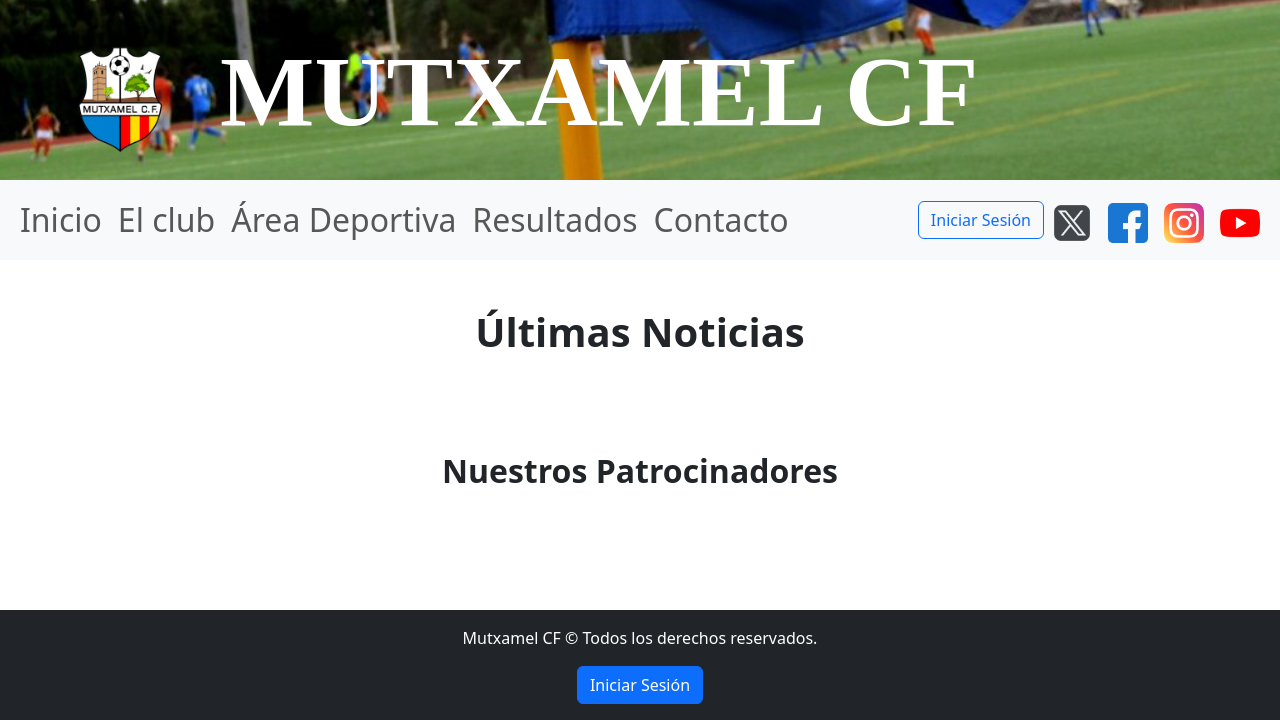
Repository: mikeluca/webMutxamelCF
Page: http://localhost/index
An editor plug-in stored every save of this project. The page is shown before and after the next save, followed by the edit.
The browser window is 1280 px wide. The pictures show the whole page.
Some web fonts or font styles are not loaded; a fallback is used. The page is this project's Thymeleaf template; nobody is signed in. The template is opened directly, without the code that normally fills it, so the values that code supplies are empty.

Above is the page before, as saved 2024-10-27 15:45:45.

### mvc/src/main/resources/templates/index.html
<!DOCTYPE html>
<html xmlns:th="http://www.thymeleaf.org">

<head>
	<title>Mutxamel Club de Fútbol</title>
	<link href="https://cdn.jsdelivr.net/npm/bootstrap@5.3.0/dist/css/bootstrap.min.css" rel="stylesheet">
	<link href="https://cdn.jsdelivr.net/npm/bootstrap@5.3.0-alpha1/dist/css/bootstrap.min.css" rel="stylesheet">
	<link th:href="@{/css/estilos.css}" rel="stylesheet">
	<link rel="icon" href="/images/favicon.ico" type="image/x-icon">
	<link href="https://fonts.googleapis.com/css2?family=Fredericka+the+Great&display=swap" rel="stylesheet">
</head>

<body>

	<!-- Incluir el header -->
	<div th:replace="~{cabecera.html}"></div>

	<main class="container my-5 lead">
		<h1 class="text-center mb-5 fw-bold">Últimas Noticias</h1>
		<div class="noticias-grid">
			<div class="card h-100" th:each="noticia : ${noticias}">

				<div th:if="${noticia.imagenBase64 != null}">
					<img th:src="'data:[embedded picture, 23 characters]' + ${noticia.imagenBase64}" class="card-img-top noticia-img"
						alt="Imagen de Noticia" />
				</div>
				<div th:if="${noticia.imagenBase64 == null}">
					<img th:src="@{/images/noticia3.jpg}" class="card-img-top noticia-img" alt="Imagen Noticia">
				</div>

				<div class="card-body">
					<h2 class="card-title text-center" th:text="${noticia.titulo}"></h2>
					<p class="card-text" th:text="${#strings.abbreviate(noticia.contenido, 100)}"></p>
					<!-- Límite de 100 caracteres -->
					<a th:href="@{/ampliarNoticia/{id}(id=${noticia.id})}" class="btn btn-primary">Leer más</a>
					<!-- Botón de leer más -->
				</div>
			</div>
		</div>

		<h2 class="text-center m-5 fw-bold">Nuestros Patrocinadores</h2>
		<div class="row">
			<div class="col-6 col-sm-4 col-md-4 col-lg-2 mb-4" th:each="patrocinador : ${patrocinadores}">
				<div class="text-center">
					<img th:src="@{'/images/' + ${patrocinador}}" class="patrocinador-img" alt="Patrocinador"
						width="100%">
				</div>
			</div>
		</div>
	</main>

	<!-- Incluir el footer -->
	<div th:replace="~{footer.html}"></div>

	<script src="https://code.jquery.com/jquery-3.6.0.min.js"></script>
	<script src="https://cdn.jsdelivr.net/npm/bootstrap@5.3.0/dist/js/bootstrap.bundle.min.js"></script>
</body>

</html>

### mvc/src/main/resources/templates/cabecera.html
<div>
	<header class="text-white text-center header">
		<div class="logo-titulo">
			<!-- Imagen del escudo -->
			<a href="/index"><img src="/images/escudo.png" href="/index" alt="Escudo del Club" width="200px"
					style="margin: 20px 0px;"></a>
			<!-- Nombre del club -->
			<h1 class="lead fw-bold grafiti-title" style="font-size: 100px;">MUTXAMEL CF</h1>
		</div>
	</header>

	<nav class="navbar navbar-expand-lg navbar-light bg-light" style="background-color: rgb(213, 243, 253);">
		<div class="container-fluid lead">
			<!-- Botón de hamburguesa solo visible en pantallas pequeñas -->
			<button class="navbar-toggler" type="button" data-bs-toggle="collapse" data-bs-target="#navbarNav">
				<span class="navbar-toggler-icon"></span>
			</button>
			<!-- Menú de navegación -->
			<div class="collapse navbar-collapse" id="navbarNav">
				<ul class="navbar-nav me-auto">
					<li class="nav-item">
						<a class="nav-link" href="/index">Inicio</a>
					</li>
					<li class="nav-item">
						<a class="nav-link" href="/historia">El club</a>
					</li>
					<li class="nav-item dropdown">
						<a class="nav-link dropdown-toggle" href="#" id="navbarDropdown" role="button"
							data-bs-toggle="dropdown">
							Área Deportiva
						</a>
						<ul class="dropdown-menu lead">
							<li><a class="dropdown-item"
									th:href="@{/categorias/{categoria}(categoria='Escuelita')}">Escuelita</a></li>
							<li><a class="dropdown-item"
									th:href="@{/categorias/{categoria}(categoria='Prebenjamín')}">Prebenjamín</a></li>
							<li><a class="dropdown-item"
									th:href="@{/categorias/{categoria}(categoria='Benjamín')}">Benjamín</a></li>
							<li><a class="dropdown-item"
									th:href="@{/categorias/{categoria}(categoria='Alevín')}">Alevín</a>
							</li>
							<li><a class="dropdown-item"
									th:href="@{/categorias/{categoria}(categoria='Infantil Femenino')}">Infantil
									Femenino</a></li>
							<li><a class="dropdown-item"
									th:href="@{/categorias/{categoria}(categoria='Infantil')}">Infantil</a></li>
							<li><a class="dropdown-item"
									th:href="@{/categorias/{categoria}(categoria='Cadete Femenino')}">Cadete
									Femenino</a>
							</li>
							<li><a class="dropdown-item"
									th:href="@{/categorias/{categoria}(categoria='Cadete')}">Cadete</a>
							</li>
							<li><a class="dropdown-item"
									th:href="@{/categorias/{categoria}(categoria='Juvenil')}">Juvenil</a></li>
							<li><a class="dropdown-item"
									th:href="@{/categorias/{categoria}(categoria='Filial')}">Filial</a>
							</li>
							<li><a class="dropdown-item"
									th:href="@{/categorias/{categoria}(categoria='Primer Equipo')}">Primer Equipo</a>
							</li>
							<li><a class="dropdown-item"
									th:href="@{/categorias/{categoria}(categoria='Veteranos')}">Veteranos</a></li>
						</ul>
					</li>
					<li class="nav-item">
						<a class="nav-link" href="/resultados">Resultados</a>
					</li>
					<li class="nav-item">
						<a class="nav-link" href="/contacto">Contacto</a>
					</li>
					<!-- La opción que requiere autenticación -->
					<li class="nav-item" id="menu-restringido" style="display: none;">
						<a class="nav-link" href="#">Administración</a>
					</li>
				</ul>
				<!-- Botón de login a la derecha -->
				<button class="btn btn-outline-primary ms-auto" data-bs-toggle="modal" data-bs-target="#loginModal">
					Iniciar Sesión
				</button>
			</div>
			<!-- Redes Sociales siempre pegadas a la derecha -->
			<div class="social-icons d-flex ms-auto">
				<a href="https://x.com/mutxamelcf" target="_blank" class="mx-2">
					<img src="/images/twitter.png" alt="Twitter" width="40" height="40">
				</a>
				<a href="https://facebook.com/MutxamelCF17" target="_blank" class="mx-2">
					<img src="/images/facebook.png" alt="Facebook" width="40" height="40">
				</a>
				<a href="https://instagram.com/mutxamelcf.oficial/" target="_blank" class="mx-2">
					<img src="/images/instagram.png" alt="Instagram" width="40" height="40">
				</a>
				<a href="https://youtube.com/@mutxamelcf355" target="_blank" class="mx-2">
					<img src="/images/youtube.png" alt="YouTube" width="40" height="40">
				</a>
			</div>
		</div>
	</nav>

	<!-- Modal de Login -->
	<div class="modal fade" id="loginModal" tabindex="-1" aria-labelledby="loginModalLabel" aria-hidden="true">
		<div class="modal-dialog">
			<div class="modal-content">
				<div class="modal-header">
					<h5 class="modal-title" id="loginModalLabel">Iniciar Sesión</h5>
					<button type="button" class="btn-close" data-bs-dismiss="modal" aria-label="Close"></button>
				</div>
				<div class="modal-body">
					<form id="loginForm">
						<div class="mb-3">
							<label for="usuario" class="form-label">Usuario</label>
							<input type="text" class="form-control" id="username" required>
						</div>
						<div class="mb-3">
							<label for="password" class="form-label">Contraseña</label>
							<input type="password" class="form-control" id="password" required>
						</div>
						<button type="button" class="btn btn-primary" id="loginButton">Ingresar</button>
					</form>
					<!-- Mensaje de error si el login falla -->
					<div id="loginError" style="color: red; display: none;">Credenciales inválidas.</div>
				</div>
			</div>
		</div>
	</div>

	<!-- JS de Bootstrap y Popper.js -->
	<script src="https://cdn.jsdelivr.net/npm/@popperjs/core@2.11.6/dist/umd/popper.min.js"></script>
	<script src="https://cdn.jsdelivr.net/npm/bootstrap@5.3.0-alpha1/dist/js/bootstrap.min.js"></script>
	<script>
		document.addEventListener("DOMContentLoaded", function () {

			document.getElementById('loginButton').addEventListener('click', function () {
				event.preventDefault(); // Evita que el formulario se envíe normalmente

				// Captura los valores de usuario y contraseña
				const usuario = document.getElementById('usuario').value;
				const password = document.getElementById('password').value;

				// Hacemos una petición AJAX al backend para validar el login
				fetch('/login', {
					method: 'POST',
					headers: {
						'Content-Type': 'application/json',
					},
					body: JSON.stringify({username: usuario, password: password}),
				})
					.then(response => response.json())
					.then(data => {
						if (data.valid) {
							// Si el login es exitoso, cerramos el modal y mostramos la opción restringida
							const modal = bootstrap.Modal.getInstance(document.getElementById('loginModal'));
							modal.hide();

							if (data.role === 'ROLE_ADMIN') {
								// Muestra una opción específica si el usuario tiene el rol de admin
								document.getElementById('menu-restringido').style.display = 'block';
							}
						} else {
							// Mostrar un mensaje de error si el login falla
							document.getElementById('loginError').style.display = 'block';
						}
					})
					.catch(error => {
						console.error('Error al validar el login:', error);
					});
			});
		});
	</script>

</div>

### mvc/src/main/resources/templates/footer.html
<footer class="bg-dark text-white text-center py-3">
	<p>Mutxamel CF © Todos los derechos reservados.</p>

	<button type="button" class="btn btn-primary" data-bs-toggle="modal" data-bs-target="#loginModal">
		Iniciar Sesión
	</button>
	<!--	 Modal de Login -->
	<!--	<div class="modal fade" id="loginModal" tabindex="-1" aria-labelledby="loginModalLabel" aria-hidden="true">-->
	<!--		<div class="modal-dialog">-->
	<!--			<div class="modal-content">-->
	<!--				<div class="modal-header">-->
	<!--					<h5 class="modal-title text-black text-center" id="loginModalLabel">Iniciar Sesión</h5>-->
	<!--					<button type="button" class="btn-close" data-bs-dismiss="modal" aria-label="Close"></button>-->
	<!--				</div>-->
	<!--				<div class="modal-body">-->
	<!--					<form id="loginForm">-->
	<!--						<div class="mb-3">-->
	<!--							<label for="usuario" class="form-label text-black text-center">Usuario</label>-->
	<!--							<input type="text" class="form-control" id="username" required>-->
	<!--						</div>-->
	<!--						<div class="mb-3">-->
	<!--							<label for="password" class="form-label text-black text-center">Contraseña</label>-->
	<!--							<input type="password" class="form-control" id="password" required>-->
	<!--						</div>-->
	<!--						<button type="submit" class="btn btn-primary">Ingresar</button>-->
	<!--					</form>-->
	<!--				</div>-->
	<!--			</div>-->
	<!--		</div>-->
	<!--	</div>-->
	<!--	<script>-->
	<!--		document.getElementById("loginForm").addEventListener("submit", function (event) {-->
	<!--			event.preventDefault();  // Evita que el formulario se envíe por defecto-->

	<!--			// Recoger los datos del formulario-->
	<!--			const usuario = document.getElementById("usuario").value;-->
	<!--			const password = document.getElementById("password").value;-->

	<!--			// Crear el cuerpo del request-->
	<!--			const loginData = {-->
	<!--				usuario: usuario,-->
	<!--				password: password-->
	<!--			};-->

	<!--			// Realizar una solicitud AJAX para validar el login-->
	<!--			fetch("/login", {-->
	<!--				method: "POST",-->
	<!--				headers: {-->
	<!--					"Content-Type": "application/json"-->
	<!--				},-->
	<!--				body: JSON.stringify(loginData)-->
	<!--			})-->
	<!--				.then(response => response.json())-->
	<!--				.then(data => {-->
	<!--					if (data && data.usuario) {-->
	<!--						// Si el login es exitoso, cerrar el modal-->
	<!--						var loginModal = new bootstrap.Modal(document.getElementById('loginModal'));-->
	<!--						loginModal.hide();-->

	<!--						// Actualizar la barra de navegación si el usuario es admin-->
	<!--						if (data.rol === "ADMIN") {-->
	<!--							const navBar = document.getElementById("navbar");-->
	<!--							const adminOption = document.createElement("li");-->
	<!--							adminOption.className = "nav-item";-->
	<!--							adminOption.innerHTML = '<a class="nav-link" href="/admin">Panel de Administración</a>';-->
	<!--							navBar.appendChild(adminOption);-->
	<!--						}-->

	<!--						// Mostrar mensaje de bienvenida-->
	<!--						alert("Bienvenido " + data.username);-->
	<!--					} else {-->
	<!--						// Mostrar error de login-->
	<!--						alert("Usuario o contraseña incorrectos.");-->
	<!--					}-->
	<!--				})-->
	<!--				.catch(error => {-->
	<!--					console.error("Error en el login:", error);-->
	<!--				});-->
	<!--		});-->
	<!--	</script>-->
</footer>

### mvc/src/main/resources/static/css/estilos.css
html,
body {
	height: 100%;
	/* Aseguramos que la página ocupe todo el alto del viewport */
	margin: 0;
}

/* Usar flexbox para que el contenido principal llene el espacio disponible */
body {
	display: flex;
	flex-direction: column;
	/* Coloca los elementos en columnas */
}

/* El contenido principal debe crecer para ocupar el espacio libre */
main {
	flex: 1;
	/* Hace que el main crezca y ocupe todo el espacio disponible */
}

/* Aumentar el tamaño de la clase .lead */
.lead {
	font-size: 2.0rem;
	/* Puedes ajustar este valor como desees */
}

.grafiti-title {
	font-family: 'Fredericka the Great', cursive;
	/* Aplicar la fuente */
	font-size: 3rem;
	/* Tamaño de fuente */
	color: white;
	/* Color del texto */
	text-align: center;
	/* Alinear el texto */
}

header {
	background-image: url('/images/fondo.png');
	/* Ruta de la imagen */
	background-size: cover;
	/* Ajusta la imagen para cubrir todo el encabezado */
	background-position: bottom;
	/* Centra la imagen */
	background-repeat: no-repeat;
	/* Evita que la imagen se repita */
	height: 180px;
	/* Altura del encabezado, ajusta según tu diseño */
	color: white;
	justify-content: center;
	align-items: center;
	padding: 20px;
}

/* Ocultar el icono del menú desplegable */
.dropdown-toggle::after {
	display: none;
	/* Quita la flecha que aparece por defecto */
}

/* Cambiar el color de fondo de las opciones de la barra de navegación al pasar el ratón */
.navbar-nav .nav-link:hover {
	background-color: rgba(173, 216, 230, 0.5);
	/* Cambia este color al que prefieras */
	color: #000;
	/* Cambia el color del texto si es necesario */
}

/* Cambiar el color de fondo del elemento activo */
.navbar-nav .nav-link.active {
	background-color: rgba(173, 216, 230, 0.7);
	/* Color de fondo para el elemento activo */
	color: #000;
	/* Cambia el color del texto si es necesario */
}

.dropdown-submenu {
	position: relative;
}

.dropdown-submenu .dropdown-menu {
	left: 100%;
	top: 0;
	margin-left: 0;
	margin-top: 0;
	display: none;
	/* Ocultamos el submenú inicialmente */
}

.dropdown-submenu:hover .dropdown-menu,
.dropdown-submenu:focus-within .dropdown-menu {
	display: block;
	/* Mostramos el submenú cuando se pasa el ratón o se enfoca */
}

.logo-titulo {
	display: flex;
	align-items: center;
}

.logo-titulo img {
	margin-right: 15px;
	/* Espacio entre el logo y el texto */
}

.social-icons {
	align-content: end;
}

.social-icons img {
	transition: transform 0.3s;
}

.social-icons img:hover {
	transform: scale(1.5);
	/* Aumenta el tamaño de los íconos al pasar el mouse */
}

/* Contenedor de las noticias con CSS Grid */
.noticias-grid {
	display: grid;
	grid-template-columns: repeat(auto-fit, minmax(350px, 1fr));
	/* Las tarjetas se ajustan automáticamente */
	gap: 15px;
	/* Espacio entre las tarjetas */
}

.noticia-img {
	height: 350px;
	/* Ajusta la altura deseada */
	object-fit: cover;
	/* Ajusta la imagen para que se recorte de forma adecuada */
	width: 100%;
	/* Asegura que la imagen ocupe todo el ancho del contenedor */
}

/* Contenedor de las plantillas con CSS Grid */
.personas-grid {
	display: grid;
	grid-template-columns: repeat(auto-fit, minmax(300px, 1fr));
	/* Las tarjetas se ajustan automáticamente */
	gap: 15px;
	/* Espacio entre las tarjetas */
}

.persona-img {
	height: 150px;
	/* Ajusta la altura deseada */
	object-fit: contain;
	/* Ajusta la imagen para que se recorte de forma adecuada */
	width: 100%;
	/* Asegura que la imagen ocupe todo el ancho del contenedor */
	padding: 10px;
	border-radius: 10%;
}

After the next save:
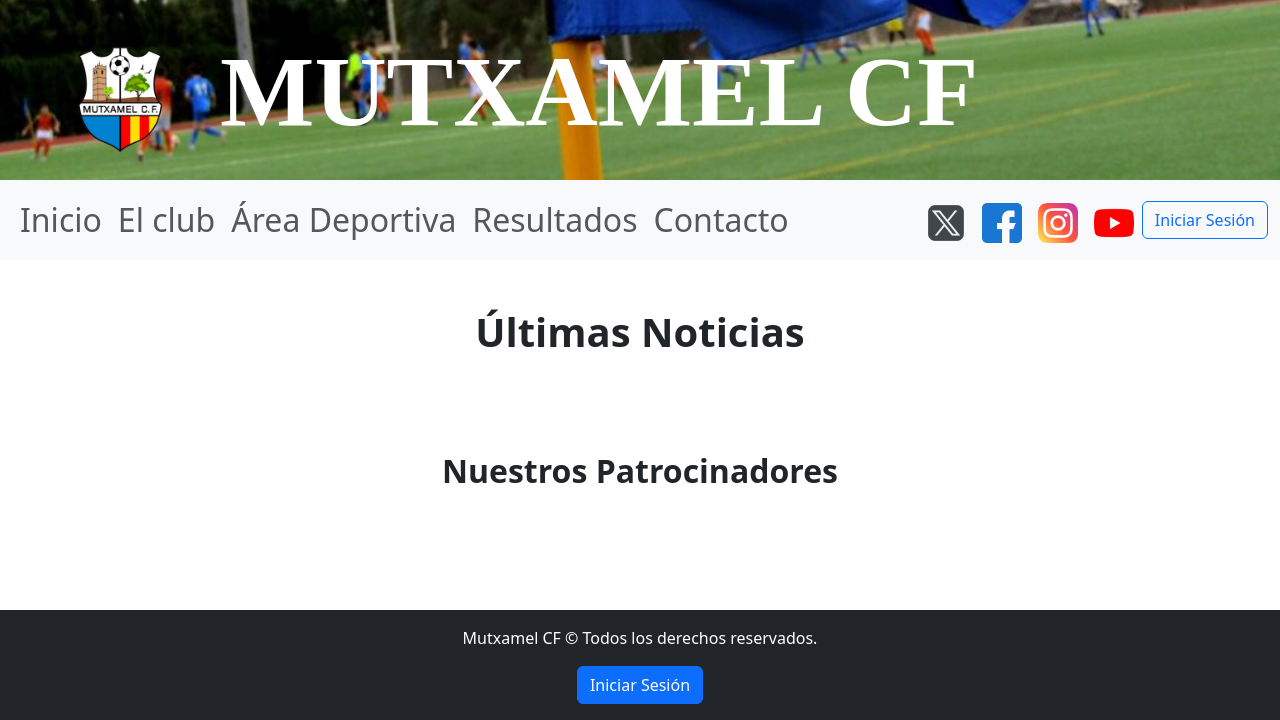
Saved 40 s later.
--- a/mvc/src/main/resources/templates/cabecera.html
+++ b/mvc/src/main/resources/templates/cabecera.html
@@ -74,10 +74,6 @@
 						<a class="nav-link" href="#">Administración</a>
 					</li>
 				</ul>
-				<!-- Botón de login a la derecha -->
-				<button class="btn btn-outline-primary ms-auto" data-bs-toggle="modal" data-bs-target="#loginModal">
-					Iniciar Sesión
-				</button>
 			</div>
 			<!-- Redes Sociales siempre pegadas a la derecha -->
 			<div class="social-icons d-flex ms-auto">
@@ -94,6 +90,10 @@
 					<img src="/images/youtube.png" alt="YouTube" width="40" height="40">
 				</a>
 			</div>
+			<!-- Botón de login a la derecha -->
+			<button class="btn btn-outline-primary ms-auto" data-bs-toggle="modal" data-bs-target="#loginModal">
+				Iniciar Sesión
+			</button>
 		</div>
 	</nav>
 
